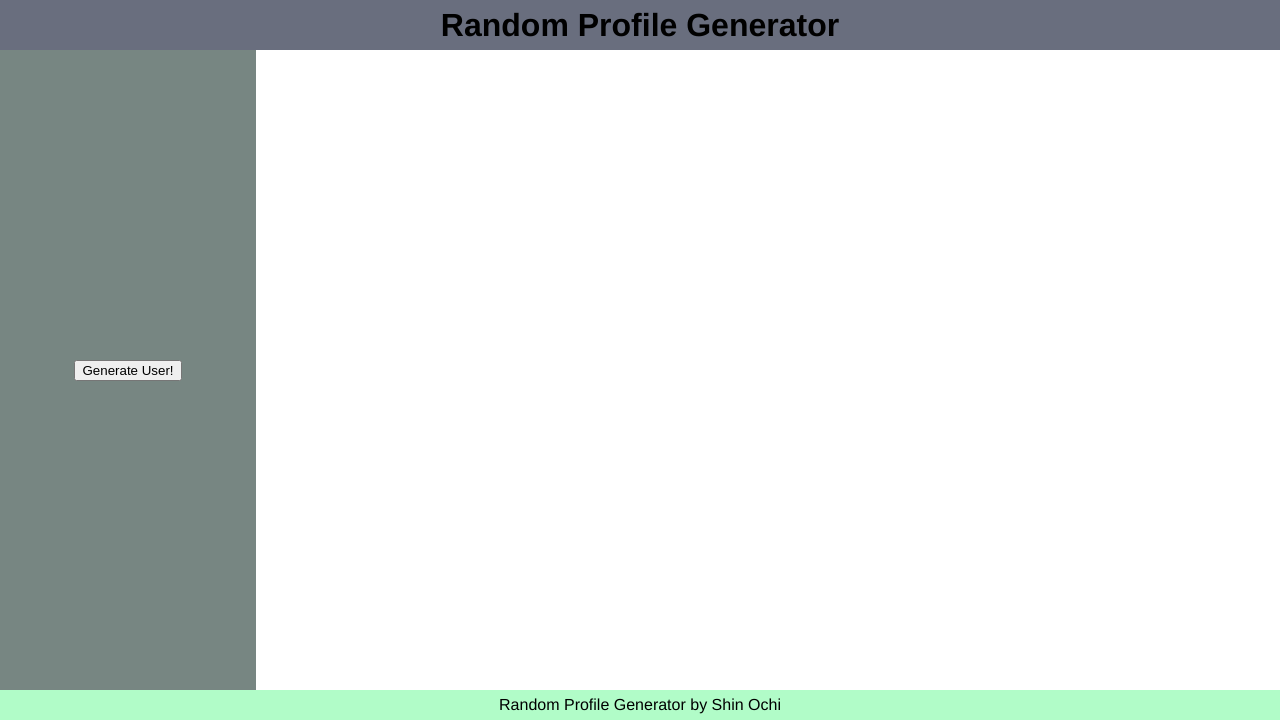
Repository: swaroopu-kr/Web-Application
Page: index.html
The author's editor kept a copy of each file at every save. The page is drawn from the files as they stood at one save, then again after a run of saves.
The browser window is 1280 px wide. The pictures show the whole page.

Above is the page before, as saved 2021-11-01 16:57:55.

After the next 3 saves:
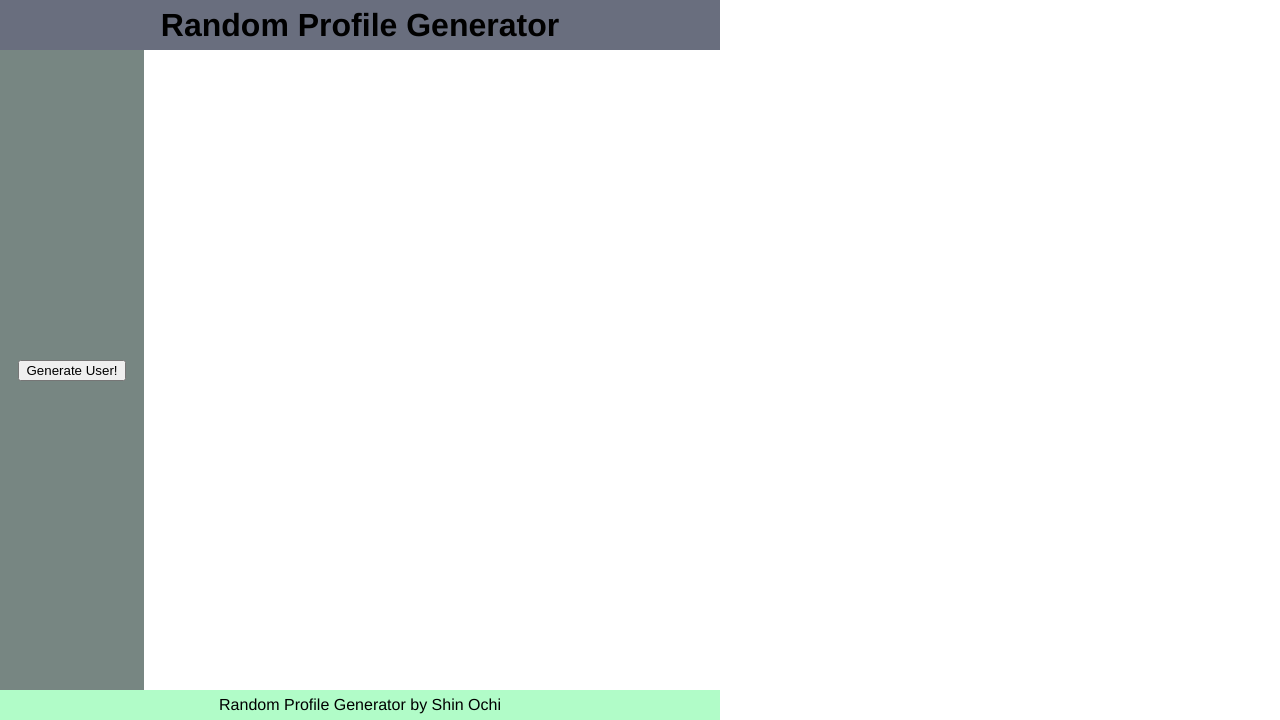
The 3 saves are shown as one change because they came seconds apart.
The last was saved 19 s later.
--- a/style.css
+++ b/style.css
@@ -5,6 +5,7 @@
 
       body {
         height: 100vh;
+        width: 100vh;
         margin: 0;
         font-family: Helvetica;
         display: grid;
